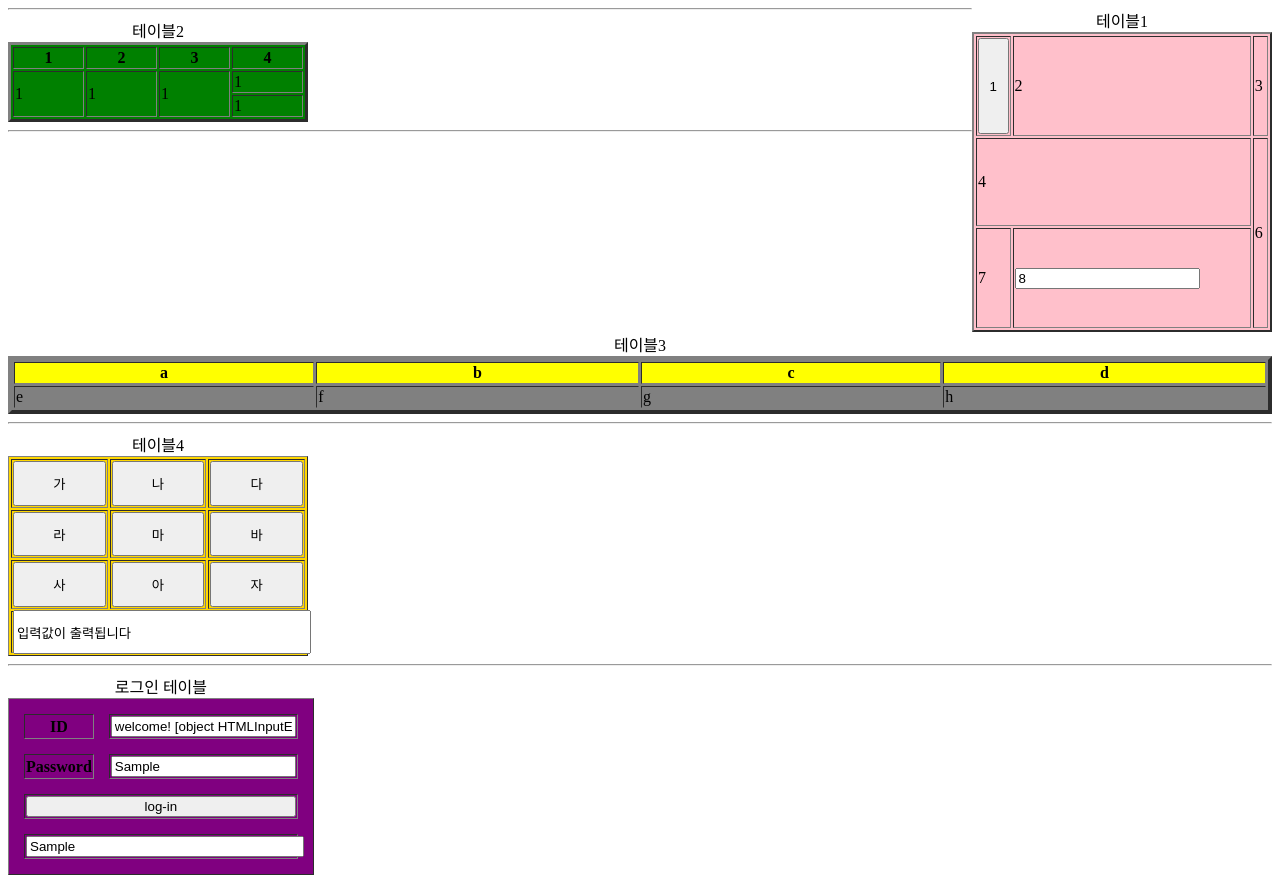
Repository: trapezer84/JSP
Page: http://localhost/AB_WebCalc/listTest1.jsp
An editor plug-in stored every save of this project. The page is shown before and after the next save, followed by the edit.
The browser window is 1280 px wide. The pictures show the whole page.
Empty fields were first filled with sample values (such as "Sample", 5 or name@example.com).
After loading, the first visible `#login` was clicked once.
The page is served by Tomcat 9. Other server files are loaded and not shown.

Above is the page before, as saved 2016-02-03 00:38:29.

### AB_WebCalc/WebContent/listTest1.jsp
<%@ page language="java" contentType="text/html; charset=UTF-8"
    pageEncoding="UTF-8"%>
<!DOCTYPE html PUBLIC "-//W3C//DTD HTML 4.01 Transitional//EN" "http://www.w3.org/TR/html4/loose.dtd">
<html>
<head>
<meta http-equiv="Content-Type" content="text/html; charset=UTF-8">
<title>테이블 만들기</title>
<script type="text/javascript">
	function add(str) {

		var display = document.getElementById("display");

		display.value += str;

	}

	function loginProcess(str) {

		var loginDisplay = document.getElementById("userId");
		var basic = "welcome! "

		loginDisplay.value = basic + str;
	}

</script>
</head>
<body>
	<table border="2" align="right" bgcolor="pink" summary="처음하는 테이블 입니다."  width=300 height=300>
	<caption>테이블1</caption>
	<tr>
		<td><input type="button" value="1" style="width:100%; height:100%"/></td>
		<td>2</td>
		<td>3</td>
	</tr>

	<tr>
		<td colspan="2">4</td>
		<td rowspan="2">6</td>
	</tr>

	<tr>
		<td>7</td>
		<td><input tpye="text" value="8" /></td>
	</tr>
	</table>

	<hr>
	<table border="3" bgcolor="green" summary="this is a second table" width=300>
	<caption>테이블2</caption>
		<tr>
			<th>1</th>
			<th>2</th>
			<th>3</th>
			<th>4</th>
		</tr>

		<tr>
			<td rowspan="2">1</td>
			<td rowspan="2">1</td>
			<td rowspan="2">1</td>
			<td>1</td>
		</tr>

		<tr>
		<td>1</td>
		</tr>
	</table>

	<hr>
	<table border="4" bgcolor="gray" width="100%" >
	<caption>테이블3</caption>
		<thead bgcolor="yellow">
			<th>a</th>
			<th>b</th>
			<th>c</th>
			<th>d</th>
		</thead>
		<tr>
			<td>e</td>
			<td>f</td>
			<td>g</td>
			<td>h</td>
		</tr>
	</table>

	<hr>
	<table id="table4" border="1" bgcolor="gold" width=300 height=200>
	<caption> 테이블4 </caption>
		<tr>
			<th><input type="button" id="가" value="가" style="width:100%; height:100%" onclick="add('가')" /></th>
			<th><input type="button" id="나" value="나" style="width:100%; height:100%" onclick="add('나')"/></th>
			<th><input type="button" id="다" value="다" style="width:100%; height:100%" onclick="add('다')"/></th>
		</tr>

		<tr>
			<th><input type="button" id="라" value="라" style="width:100%; height:100%" onclick="add('라')"/></th>
			<th><input type="button" id="마" value="마" style="width:100%; height:100%" onclick="add('마')"/></th>
			<th><input type="button" id="바" value="바" style="width:100%; height:100%" onclick="add('바')"/></th>
		</tr>

		<tr>
			<th><input type="button" id="사" value="사" style="width:100%; height:100%" onclick="add('사')"/></th>
			<th><input type="button" id="아" value="아" style="width:100%; height:100%" onclick="add('아')"/></th>
			<th><input type="button" id="자" value="자" style="width:100%; height:100%" onclick="add('자')"/></th>
		</tr>

		<tr>
			<td colspan="4"><input type="text" id="display" value="입력값이 출력됩니다" style="width:100%; height:100%"/></td>
		</tr>
	</table>

	<hr>
	<table border="1" id="loginTable" bgcolor="purple" cellspacing="15">
	<caption> 로그인 테이블 </caption>

		<tr>
			<th>ID</th>
			<td><input type="text" id="userId" value="" /></td>
		</tr>

		<tr>
			<th>Password</th>
			<td><input type="text" id="userPassword" value=""/></td>
		</tr>

		<tr>
			<td colspan="2"><input type="button" id="login" value="log-in" style="width:100%; height:100" onclick="loginProcess(userId)" /></td>
		</tr>

		<tr>
			<td colspan="2"><input type="text" id="loginDisplay" value="" style="width:100%; height:70"/></td>
		</tr>
	</table>


</body>
</html>

After the next save:
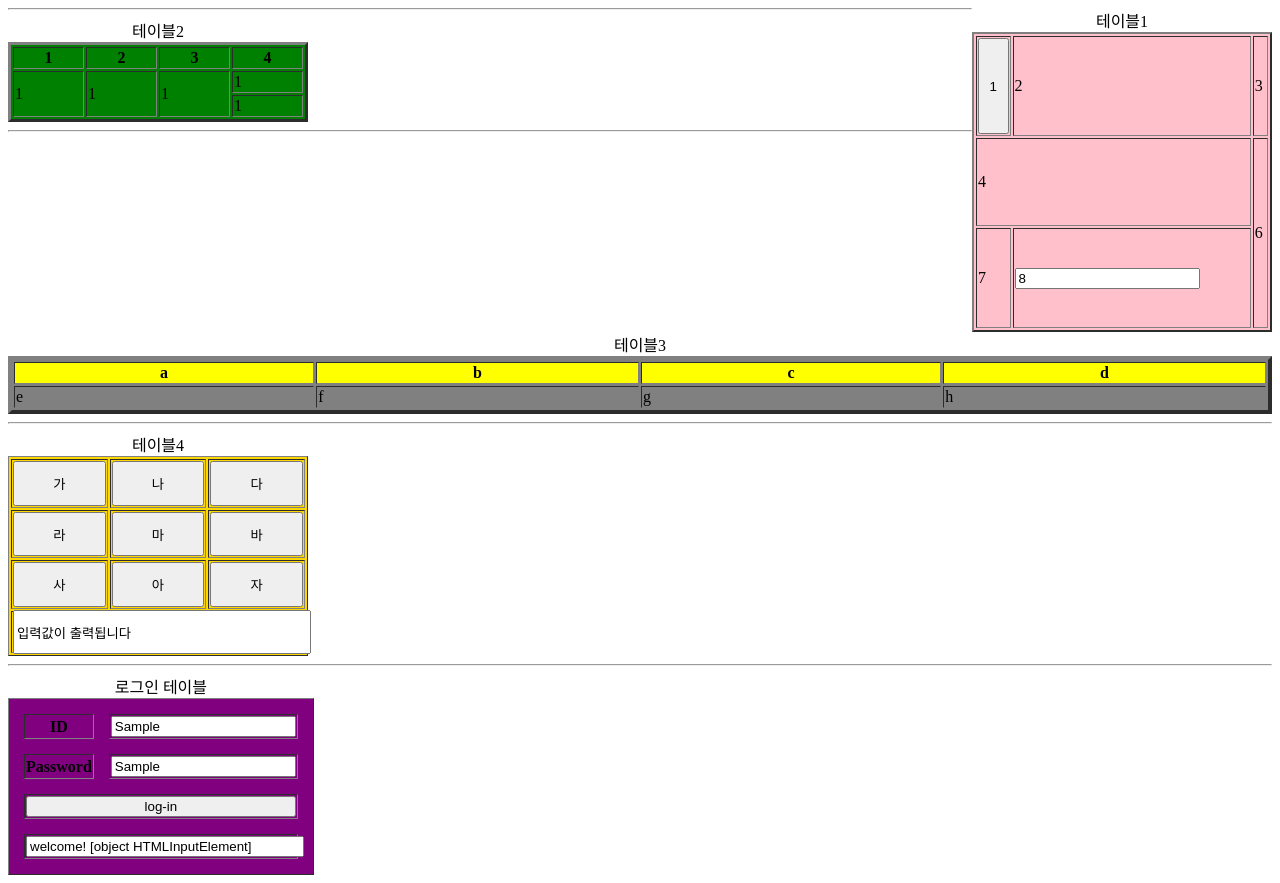
Saved 78 s later.
--- a/AB_WebCalc/WebContent/listTest1.jsp
+++ b/AB_WebCalc/WebContent/listTest1.jsp
@@ -16,7 +16,7 @@
 
 	function loginProcess(str) {
 
-		var loginDisplay = document.getElementById("userId");
+		var loginDisplay = document.getElementById("loginDisplay");
 		var basic = "welcome! "
 
 		loginDisplay.value = basic + str;
